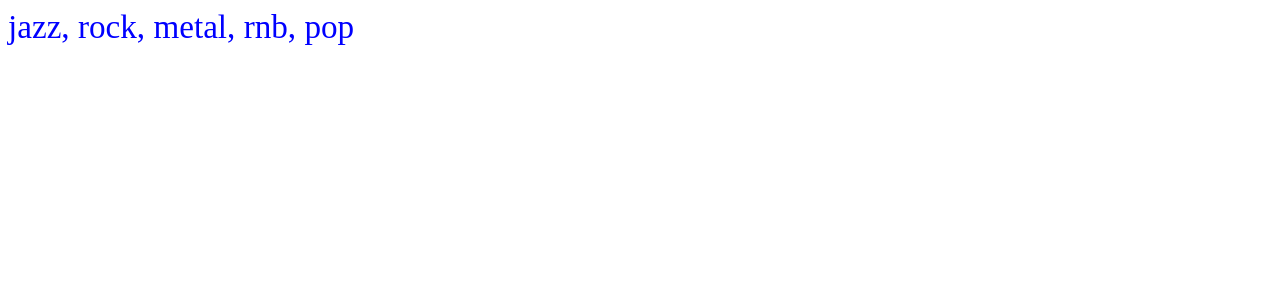
Repository: michaszo18/FrontendNauka
Page: kursJS/ArrayMethods/index.html
These files come from the project's save history. The page is drawn as it stood at one moment and after the next save; the edit follows.
The browser window is 1280 px wide. The pictures show the whole page.

Above is the page before, as saved 2018-10-03 20:31:56.

After the next save:
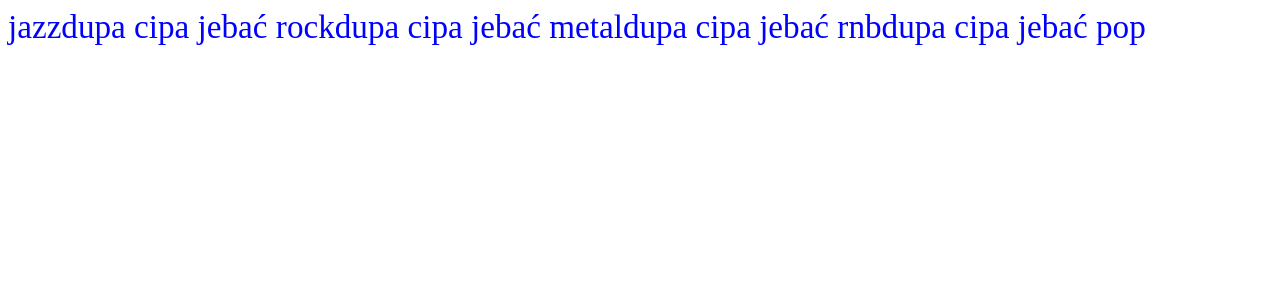
Saved 22 s later.
--- a/kursJS/ArrayMethods/script.js
+++ b/kursJS/ArrayMethods/script.js
@@ -21,5 +21,5 @@
 const allTabs = [].concat(tags, newTags);
 
 //join polaczy wszystkie elementy w podany w nawiasie sposób
-div.innerHTML = allTabs.join(', ');
+div.innerHTML = allTabs.join('dupa cipa jebać ');
 app.appendChild(div);

After the save that followed:
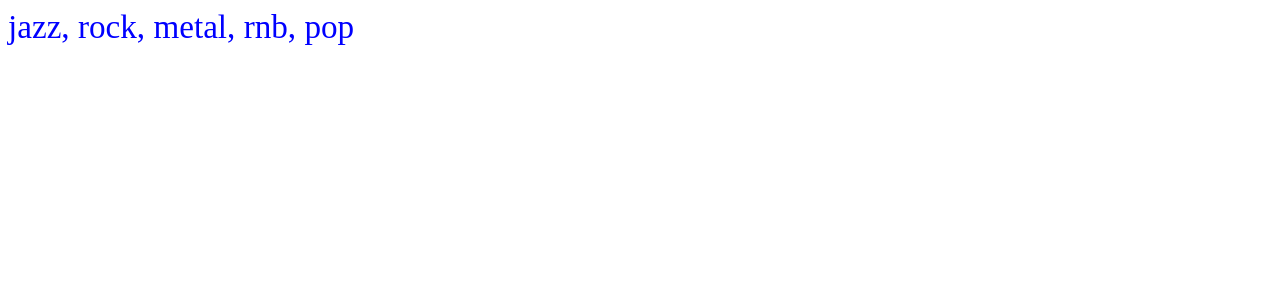
Saved 4 s later.
--- a/kursJS/ArrayMethods/script.js
+++ b/kursJS/ArrayMethods/script.js
@@ -21,5 +21,5 @@
 const allTabs = [].concat(tags, newTags);
 
 //join polaczy wszystkie elementy w podany w nawiasie sposób
-div.innerHTML = allTabs.join('dupa cipa jebać ');
+div.innerHTML = allTabs.join(', ');
 app.appendChild(div);
